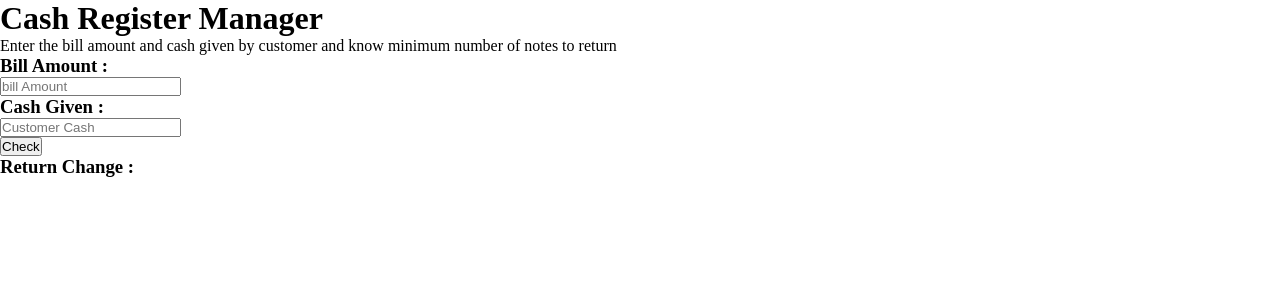
Repository: patelamancode/Cash-register-manager-app
Page: index.html
These files come from the project's save history. The page is drawn as it stood at one moment and after the next save; the edit follows.
The browser window is 1280 px wide. The pictures show the whole page.

Above is the page before, as saved 2022-11-16 15:36:19.

After the next save:
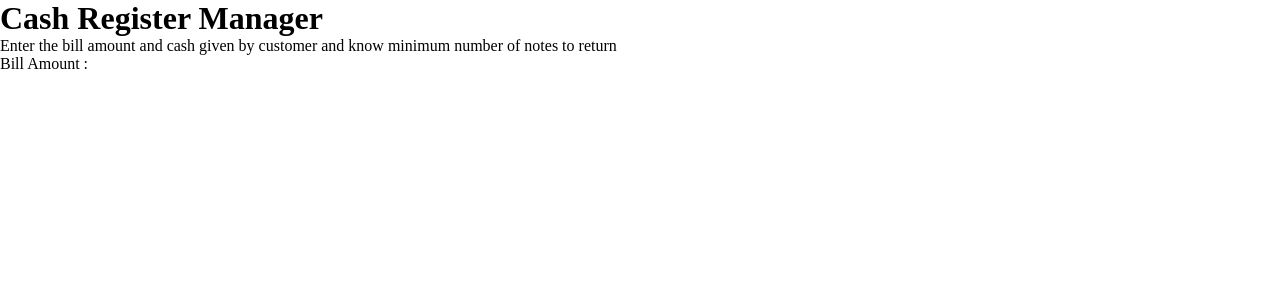
Saved 16 min 10 s later.
--- a/index.html
+++ b/index.html
@@ -11,25 +11,11 @@
 
 <body>
     <div id="main-container">
-        <div class="sub-container">
-            <h1>Cash Register Manager</h1>
-        <p>Enter the bill amount and cash given by customer
+        <h1 class="heading">Cash Register Manager</h1>
+        <p id="description">Enter the bill amount and cash given by customer
             and know minimum number of notes to return
         </p>
-        </div>
-        <div class="sub-container">
-            <h3>Bill Amount :</h3>
-            <input type="number" placeholder="bill Amount">
-        </div>
-        <div class="sub-container">
-            <h3>Cash Given :</h3>
-            <input type="number" placeholder="Customer Cash">
-        </div>
-        <button id="check-btn">Check</button>
-        <div>
-            <h3>Return Change :</h3>
-        </div>
-
+        <label for="Bill-amount" class="bill-amount">Bill Amount :</label>
     </div>
 
 
